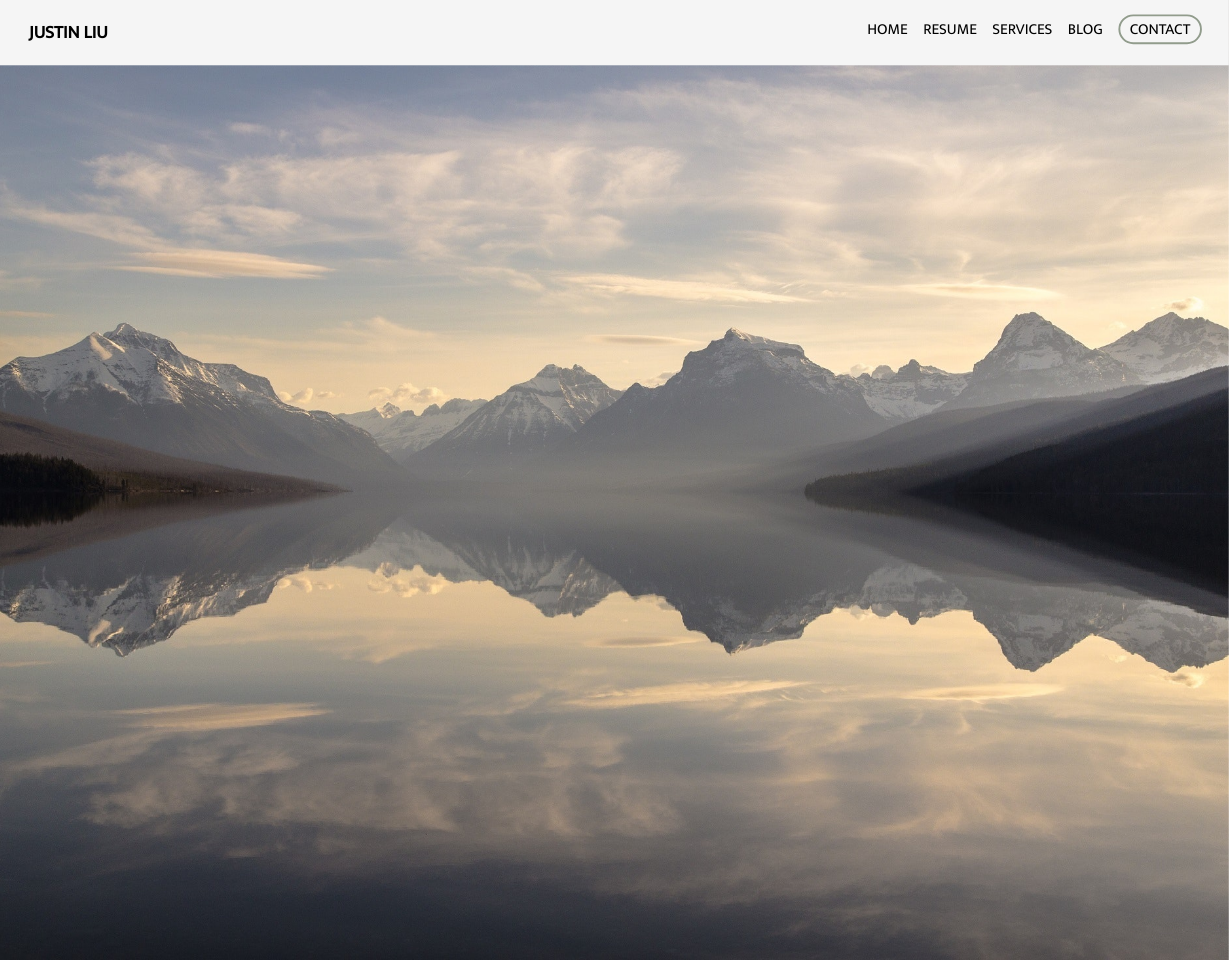
Repository: justinliu88/personal-projects
Page: index.html
The author's editor kept a copy of each file at every save. The page is drawn from the files as they stood at one save, then again after the next save.
The browser window is 1280 px wide. The pictures show the whole page, at 96% of full size.
Some web libraries are served in a nearby version. The style sheet was rebuilt from its Sass, Less or Tailwind sources for each picture, by a compiler version that may differ from the author's.

Above is the page before, as saved 2020-03-17 11:01:02.

After the next save:
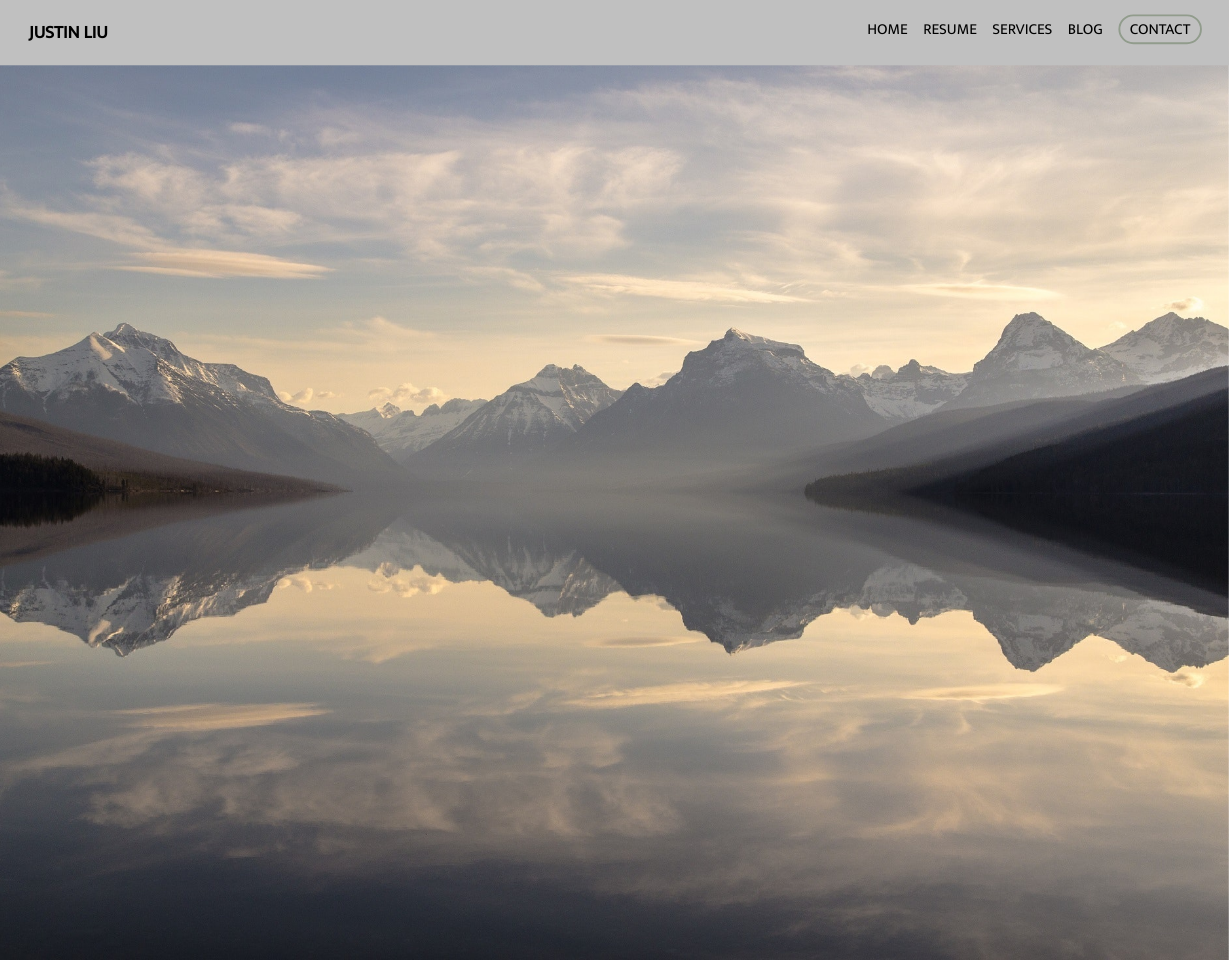
Saved 15 s later.
--- a/main.scss
+++ b/main.scss
@@ -12,7 +12,7 @@
     display: flex;
     flex-direction: row;
     justify-content: space-between;
-    background-color: whitesmoke;
+    background-color: rgb(192, 192, 192);
     &__name {
         font-family: Mukta;
         font-size: bold;

After the 2 saves that followed:
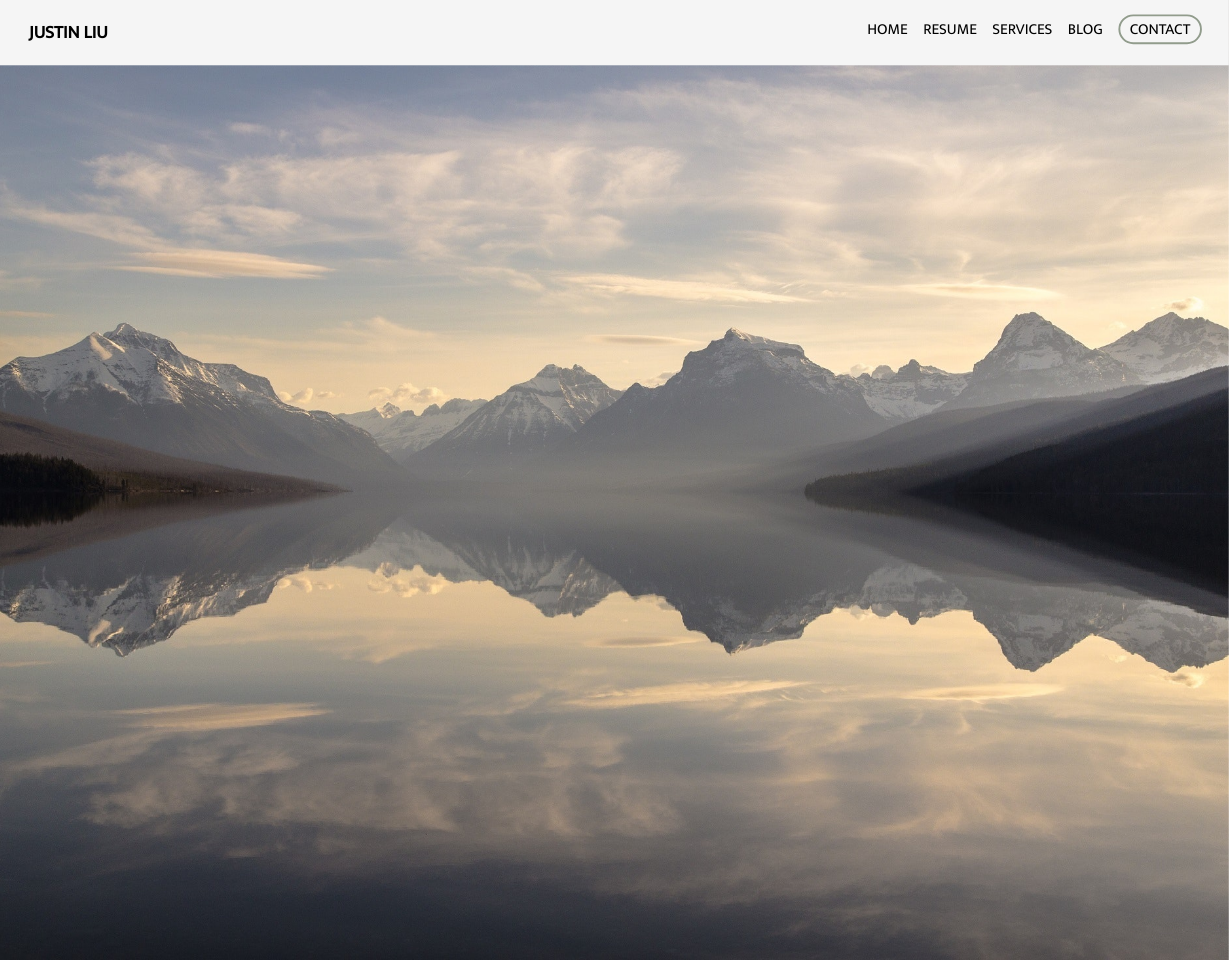
The 2 saves are shown as one change because they came seconds apart.
The last was saved 9 s later.
--- a/main.scss
+++ b/main.scss
@@ -12,7 +12,7 @@
     display: flex;
     flex-direction: row;
     justify-content: space-between;
-    background-color: rgb(192, 192, 192);
+    background-color: whitesmoke;
     &__name {
         font-family: Mukta;
         font-size: bold;
